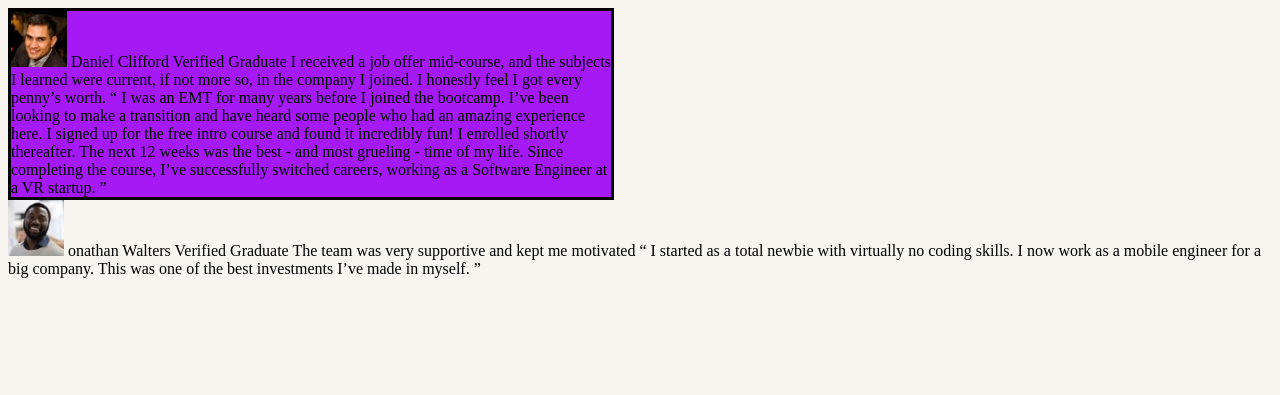
Repository: MagedElRefaey/Grid-Project
Page: Task.html
An editor plug-in stored every save of this project. The page is shown before and after the next save, followed by the edit.
The browser window is 1280 px wide. The pictures show the whole page.

Above is the page before, as saved 2024-09-13 19:43:19.

After the next save:
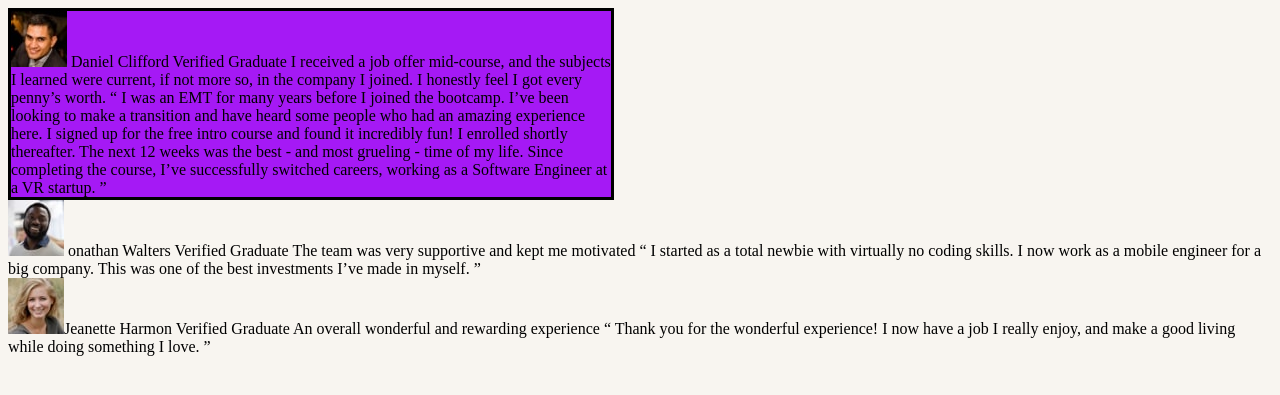
Saved 34 s later.
--- a/Task.html
+++ b/Task.html
@@ -26,7 +26,14 @@
 
             “ I started as a total newbie with virtually no coding skills. I now work as a mobile engineer
             for a big company. This was one of the best investments I’ve made in myself. ”</div>
-        <div class="Kira"> </div>
+        <div class="Jeantette"> <img src = "images/image-jeanette.jpg">Jeanette Harmon
+            Verified Graduate
+
+            An overall wonderful and rewarding experience
+
+            “ Thank you for the wonderful experience! I now have a job I really enjoy, and make a good living
+            while doing something I love. ” </div>
+
         <div class="Jeantette"> </div>
         <div class="Patrick"> </div>
     </div>
